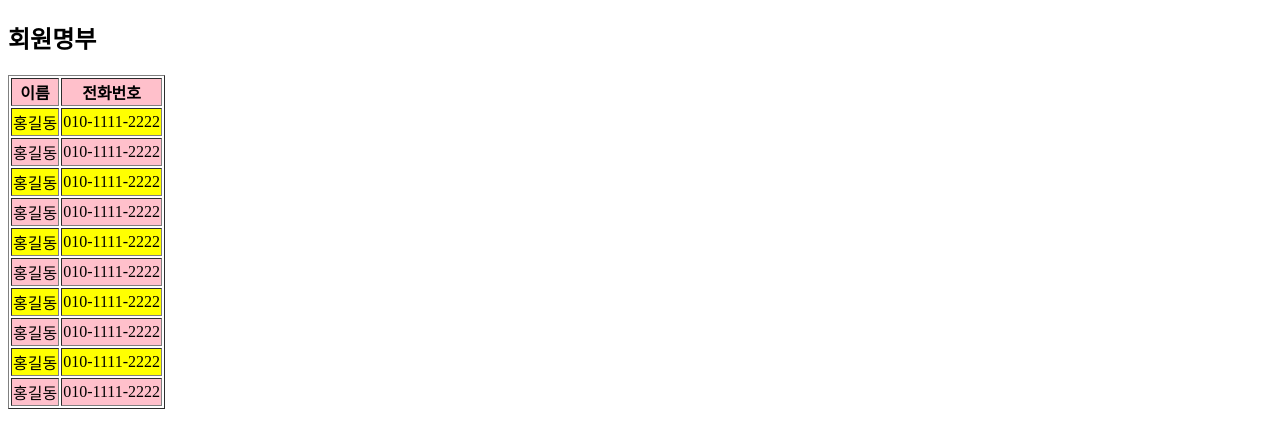
Repository: dhfkdlxm/Lecture-Web
Page: Lecture-Web/WebContent/jquery/prac/exam02.html
The author's editor kept a copy of each file at every save. The page is drawn from the files as they stood at one save, then again after the next save.
The browser window is 1280 px wide. The pictures show the whole page.

Above is the page before, as saved 2021-06-17 01:20:44.

### Lecture-Web/WebContent/jquery/prac/exam02.html
<!DOCTYPE html>
<html>
<head>
<meta charset="UTF-8">
<title>Insert title here</title>
<script type="text/javascript" src="js/jquery-3.6.0.min.js"></script>
<script type="text/javascript">
	$(document).ready(function() {
		alert('!!!')
		$('tr').css('background-color','yellow')
		$('tr:even').css('background-color','pink')
	})
</script>
</head>
<body>
	<h2>회원명부</h2>
	<table border="1">
		<tr>
			<th>이름</th>
			<th>전화번호</th>
		</tr>
		<tr>
			<td>홍길동</td>
			<td>010-1111-2222</td>
		</tr>
		<tr>
			<td>홍길동</td>
			<td>010-1111-2222</td>
		</tr>
		<tr>
			<td>홍길동</td>
			<td>010-1111-2222</td>
		</tr>
		<tr>
			<td>홍길동</td>
			<td>010-1111-2222</td>
		</tr>
		<tr>
			<td>홍길동</td>
			<td>010-1111-2222</td>
		</tr>
		<tr>
			<td>홍길동</td>
			<td>010-1111-2222</td>
		</tr>
		<tr>
			<td>홍길동</td>
			<td>010-1111-2222</td>
		</tr>
		<tr>
			<td>홍길동</td>
			<td>010-1111-2222</td>
		</tr>
		<tr>
			<td>홍길동</td>
			<td>010-1111-2222</td>
		</tr>
		<tr>
			<td>홍길동</td>
			<td>010-1111-2222</td>
		</tr>


	</table>
</body>
</html>

Loaded but not shown: Lecture-Web/WebContent/jquery/js/jquery-3.6.0.min.js (library)

After the next save:
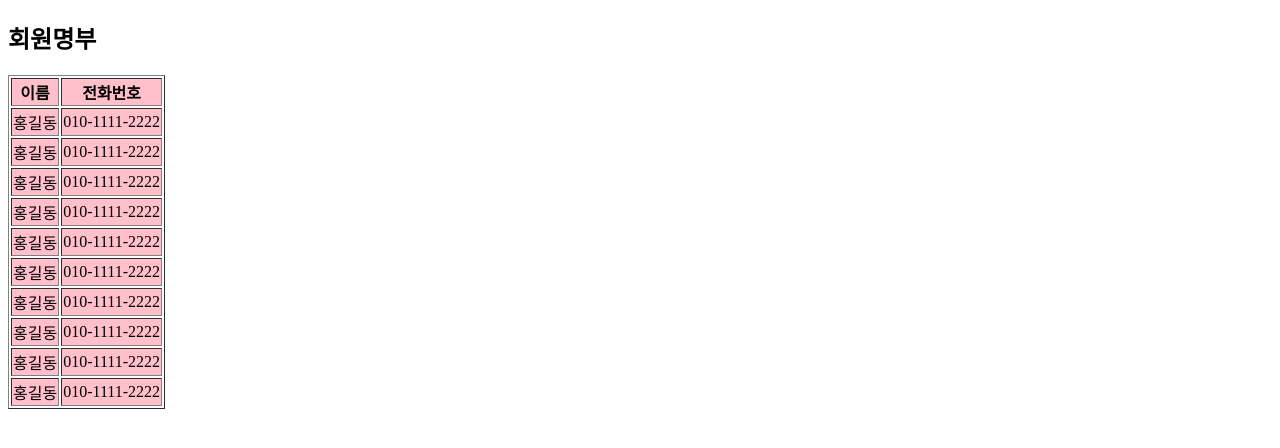
Saved 7 s later.
--- a/Lecture-Web/WebContent/jquery/prac/exam02.html
+++ b/Lecture-Web/WebContent/jquery/prac/exam02.html
@@ -9,6 +9,7 @@
 		alert('!!!')
 		$('tr').css('background-color','yellow')
 		$('tr:even').css('background-color','pink')
+		$('tr:odd').css('background-color','pink')
 	})
 </script>
 </head>

After the save that followed:
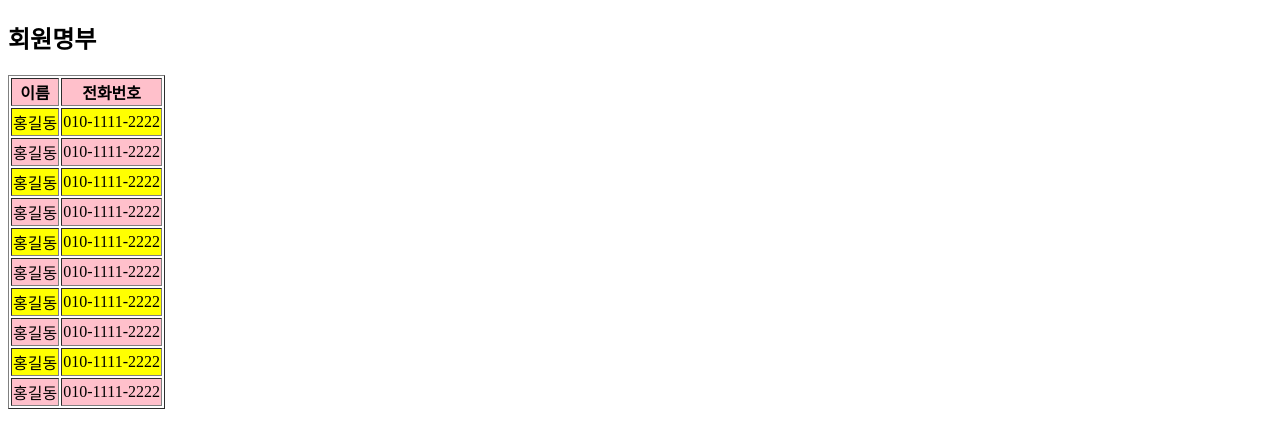
Saved 16 s later.
--- a/Lecture-Web/WebContent/jquery/prac/exam02.html
+++ b/Lecture-Web/WebContent/jquery/prac/exam02.html
@@ -7,9 +7,9 @@
 <script type="text/javascript">
 	$(document).ready(function() {
 		alert('!!!')
-		$('tr').css('background-color','yellow')
+		//$('tr').css('background-color','yellow')
 		$('tr:even').css('background-color','pink')
-		$('tr:odd').css('background-color','pink')
+		$('tr:odd').css('background-color','yellow')
 	})
 </script>
 </head>
